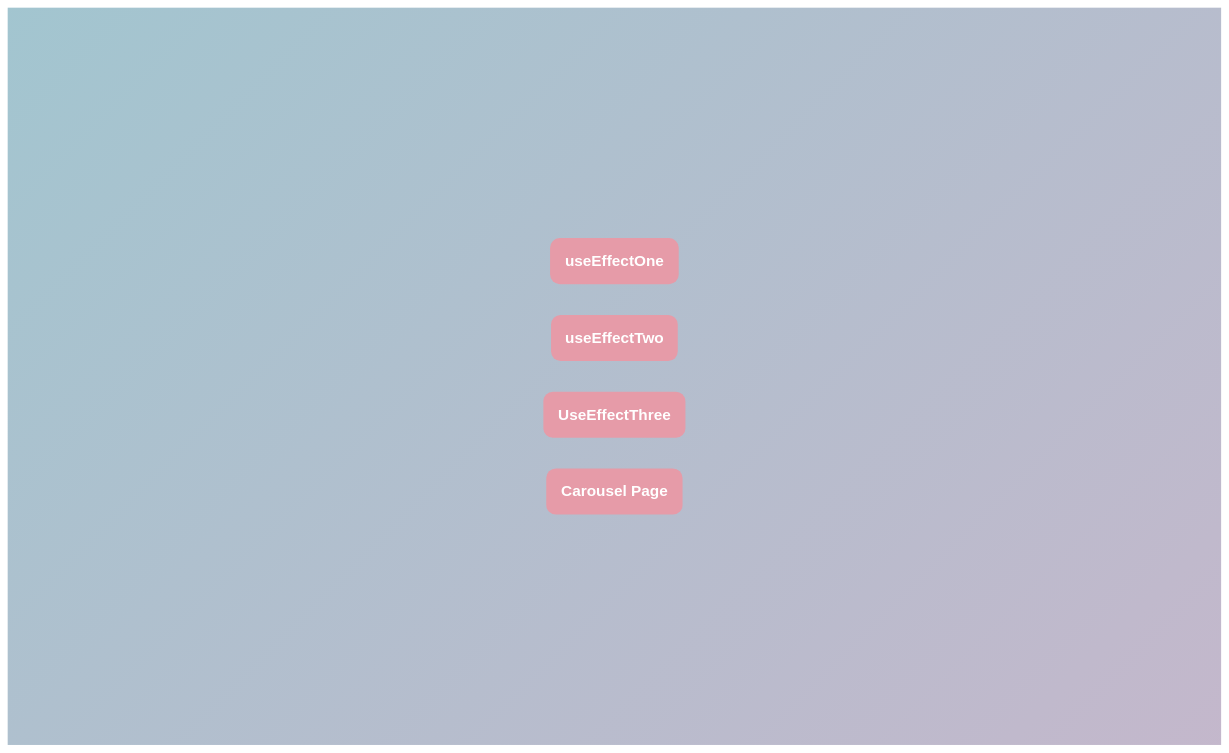
Repository: jjennbui/class8
Page: /
An editor plug-in stored every save of this project. The page is shown before and after the next save, followed by the edit.
The browser window is 1280 px wide. The pictures show the whole page, at 96% of full size.
The project was rebuilt for these pictures with package versions that can differ from the ones it lists, and the page was loaded fresh each time. The framework's server and built-in components were replaced by stand-ins that run in the browser. Also part of the build but not shown: next.config.js.

Above is the page before, as saved 2023-02-20 17:48:07.

After the next save:
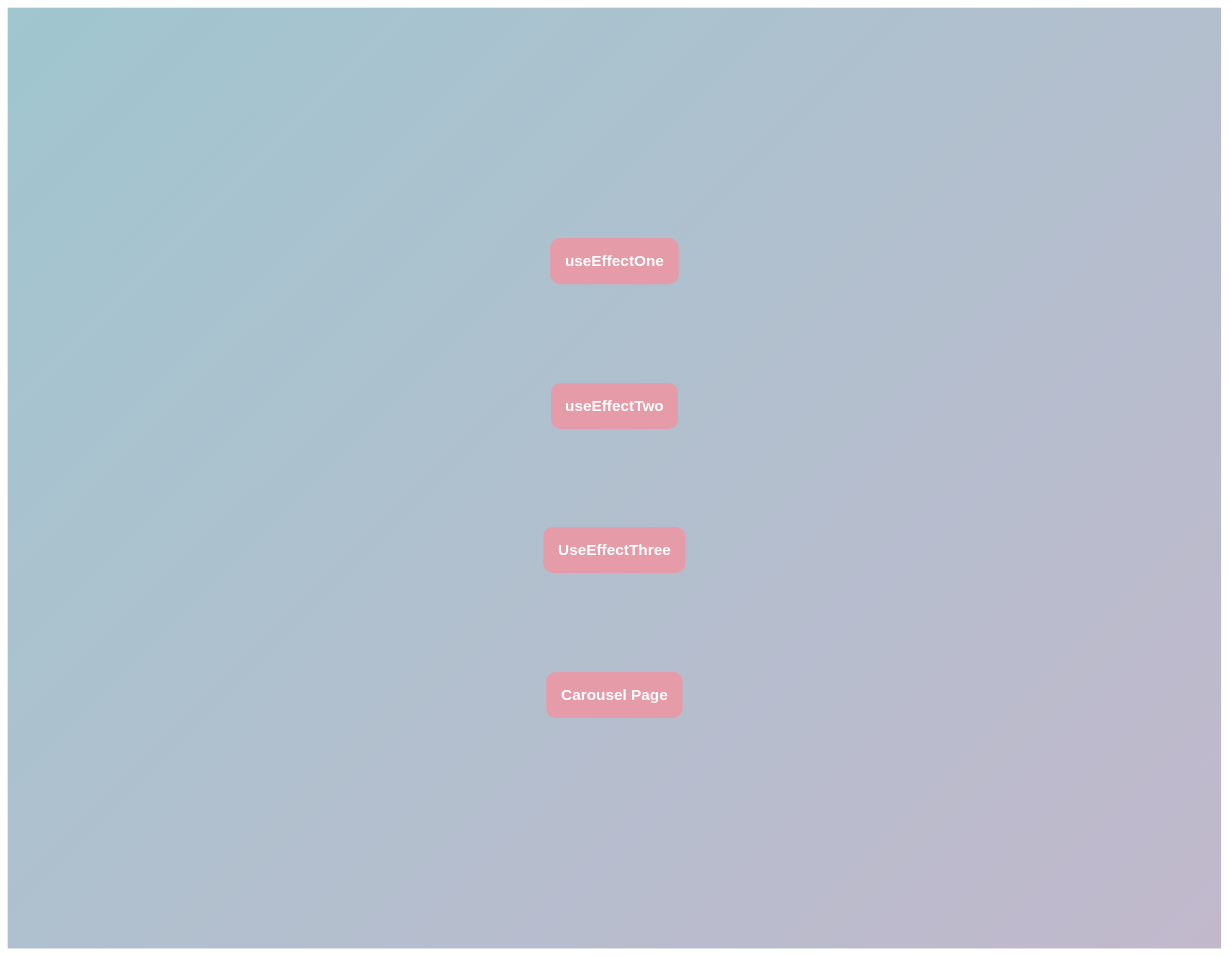
Saved 4 s later.
--- a/styles/Home.module.css
+++ b/styles/Home.module.css
@@ -6,7 +6,7 @@
   align-items: center;
   padding: 15rem;
   min-height: 40vh;
-height: 50px;
+height: 500px;
   background-attachment: fixed;
   background: linear-gradient(-45deg, #eaa8c7, #96cad1, #ce96d7);
   background-size: 500% 500%;
